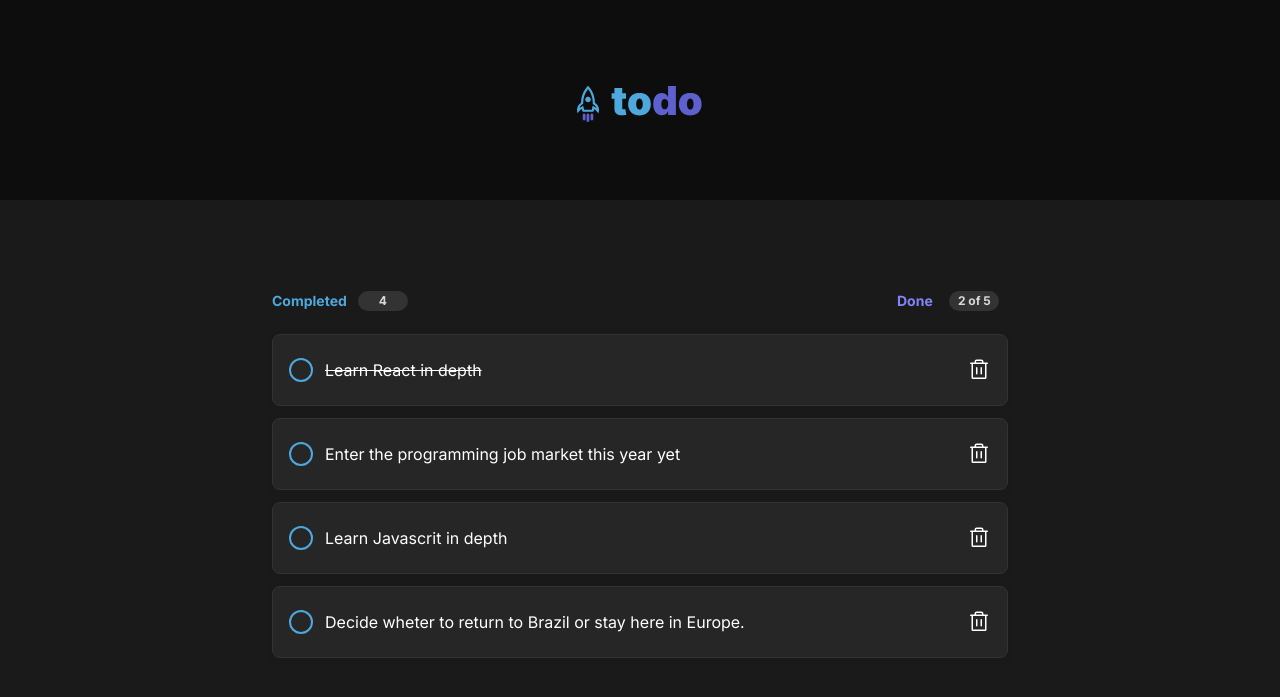
Repository: JoseGu1llardi/to-do-list-D01
Page: /
These files come from the project's save history. The page is drawn as it stood at one moment and after the next save; the edit follows.
The browser window is 1280 px wide. The pictures show the whole page.
The project was rebuilt for these pictures with package versions that can differ from the ones it lists, and the page was loaded fresh each time. Requests to the local data server were answered from the project's data file. Also part of the build but not shown: vite.config.ts.

Above is the page before, as saved 2023-03-13 22:03:29.

### index.html
<!DOCTYPE html>
<html lang="en">
  <head>
    <meta charset="UTF-8" />

    <link rel="preconnect" href="https://fonts.googleapis.com" />
    <link rel="preconnect" href="https://fonts.gstatic.com" crossorigin />

    <link
      href="https://fonts.googleapis.com/css2?family=Inter:wght@400;700&display=swap"
      rel="stylesheet"
    />

    <link rel="icon" type="image/svg+xml" href="/vite.svg" />
    <meta name="viewport" content="width=device-width, initial-scale=1.0" />
    <title>Vite + React + TS</title>
  </head>
  <body>
    <div id="root"></div>
    <script type="module" src="/src/main.tsx"></script>
  </body>
</html>

### src/App.tsx
import { TaskProvider } from './contexts/TaskContext';

import { Header } from "./components/Header";
import { Input } from "./components/Input";
import { Button } from "./components/Button";
import { TasksList } from "./components/TasksList";

import styles from './App.module.css';
import "./global.css";

function App() {
  return (
    <TaskProvider>
      <Header />

      <form className={styles.newTaskContainer}>
        <Input />
        <Button />
      </form>

      <div className={styles.tasksContainer}>
        <TasksList />
      </div>
    </TaskProvider>
  )
}

export default App

### src/contexts/TaskContext.tsx
import { useState, useEffect, createContext, ReactNode } from 'react';

import api from '../services/api';

export interface TaskType {
    id: number;
    content: string;
    status: boolean;
}

interface TaskProviderProps {
    children: ReactNode;
}

interface TaskConstextData {
    tasks: TaskType[];
}

export const TaskContext = createContext({} as TaskConstextData);

export function TaskProvider({ children }: TaskProviderProps) {
    const [tasks, setTasks] = useState<TaskType[]>([]);

    useEffect(() => {
        api.get("/tasks")
            .then(({ data }) => setTasks(data))
    }, [tasks]);

    return (
        <TaskContext.Provider value={{ tasks }}>
            {children}
        </TaskContext.Provider>
    )
}

### src/components/Header/index.tsx
import Logo from '../../assets/Logo (1).svg'

import styles from './styles.module.css';

export function Header() {
    return (
        <header className={styles.container}>
            <img src={Logo} />
        </header>
    )
}

### src/components/Input/index.tsx
import { InputHTMLAttributes } from 'react';

import styles from './styles.module.css';

interface InputProps extends InputHTMLAttributes<HTMLInputElement> {

}

export function Input() {
    return (
        <input
            type="text"
            className={styles.input}
            placeholder='Type a task'
        />
    )
}

### src/components/Button/index.tsx
import { PlusCircle } from '@phosphor-icons/react'

import styles from './styles.module.css';

export function Button() {
    return (
        <button className={styles.button}>
            <span>Create</span>
            <PlusCircle size={23} />
        </button>
    )
}

### src/components/TasksList/index.tsx
import { useContext } from 'react';

import { TaskContext } from '../../contexts/TaskContext';

import { Task } from '../Task';

import Clipboard from '../../assets/Clipboard.svg';

import styles from './styles.module.css';

export function TasksList() {
    const { tasks } = useContext(TaskContext);

    return (
        <>
            <section className={styles.info}>

                <div className={styles.created}>
                    <span>Completed</span>
                    <div className={styles.counterCreated}>
                        <p>{tasks.length}</p>
                    </div>
                </div>

                <div className={styles.done}>
                    <span>Done</span>
                    <div className={styles.doneCreated}>
                        <span>2 of 5</span>
                    </div>
                </div>

            </section>

            {
                tasks.length === 0 ? (
                    <section className={styles.tasks}>
                        <img src={Clipboard} alt="" />
                        <strong>You don't have tasks registered yet!</strong>
                        <span>Create tasks and organize your to-do list</span>
                    </section>
                ) : (
                    <section className={styles.list}>
                        {
                            tasks.map((task) => (
                                <Task
                                    key={task.id}
                                    content={task.content}
                                    status={task.status}
                                    id={task.id} />
                            ))
                        }
                    </section>
                )
            }
        </>
    )
}

### src/App.module.css
.tasksContainer {
  display: flex;
  flex-direction: column;
  align-items: flex-start;
  padding: 0px;
  gap: 24px;

  position: absolute;
  width: 736px;
  height: 287px;
  left: calc(50% - 736px / 2);
  top: 291px;
}

### src/global.css
:root {
  // Base
  --gray-100: #f2f2f2;
  --gray-200: #d9d9d9;
  --gray-300: #808080;
  --gray-400: #333333;
  --gray-500: #262626;
  --gray-600: #1a1a1a;
  --gray-700: #0d0d0d;

  --danger: #e25858;

  // Product
  --purple: #8284fa;
  --dark-purple: #5e60ce;
  --blue: #4ea8de;
  --dark-blue: #1e6f9f;
}

* {
  margin: 0;
  padding: 0;
  box-sizing: border-box;
}

body {
  color: #fff;
  background: var(--gray-600);

  width: 100%;
  height: 100%;
  max-height: 1024px;
  position: relative;
}

body,
input,
textarea,
button {
  font-family: "Inter", sans-serif;
  font-weight: 400;
  font-size: 1rem;
}

### src/services/api.ts
import axios from 'axios';

const api = axios.create({
    baseURL: "http://localhost:3000"
});

export default api;

### src/components/Header/styles.module.css
.container {
  position: absolute;
  height: 12.5rem;
  max-width: 100%;
  left: 0;
  right: 0;
  top: 0;

  display: flex;
  align-items: center;
  justify-content: center;

  background: var(--gray-700);
}

.container img {
  position: absolute;
  width: 7.875rem;
  height: 3rem;
}

### src/components/Input/styles.module.css
.input {
  box-sizing: border-box;

  display: flex;
  flex-direction: row;
  align-items: center;
  padding: 16px;
  gap: 8px;

  width: 638px;
  height: 54px;

  background: var(--gray-500);
  color: #fff;

  border: 1px solid var(--gray-700);
  border-radius: 8px;

  flex: none;
  order: 0;
  flex-grow: 1;
}

.input:focus {
  outline: transparent;
  box-shadow: 0 0 0 2px var(--dark-purple);
}

.input::placeholder {
  color: var(--gray-300);
}

### src/components/Button/styles.module.css
.button {
  width: 90px;
  height: 52px;

  display: flex;
  flex-direction: row;
  align-items: center;
  justify-content: center;
  gap: 16px;

  border: 0;
  border-radius: 8px;

  background: var(--dark-blue);
  color: white;

  cursor: pointer;

  transition: filter 0.2s;
}

.button span {
  width: 34px;
  height: 20px;

  font-weight: 700;
  font-size: 14px;
  line-height: 140%;

  color: var(--gray-100);

  flex: none;
  order: 0;
  flex-grow: 0;
}

.button img {
  width: 16px;
  height: 16px;

  flex: none;
  order: 1;
  flex-grow: 0;
}

.button:hover {
  background: var(--blue);
  filter: brightness(0.8);
}

### src/components/Task/index.tsx
import { useState, useContext } from 'react';

import api from '../../services/api';

import { TaskContext } from '../../contexts/TaskContext';

import { Trash } from '@phosphor-icons/react'

import styles from './styles.module.css';

interface TasksProps {
    id: number;
    content: string;
    status: boolean;
}[]

export function Task({ content, status, id }: TasksProps) {
    const [isChecked, setIsChecked] = useState(status);

    async function changeTaskStatus() {
        const response = await api.patch(`/tasks/${id}`, {
            status: !isChecked
        });

        setIsChecked(response.data.status);
    }

    return (
        <section className={styles.task}>
            <div>
                <input
                    id='checked'
                    type="checkbox"
                    onClick={changeTaskStatus}
                />
                <span
                    className={isChecked ? styles.isChecked : ''}
                >
                    {content}
                </span>
            </div>
            <Trash size={20} />
        </section>
    )
}

### src/components/TasksList/styles.module.css
.info {
  display: flex;
  flex-direction: row;
  justify-content: space-between;
  align-items: flex-end;
  padding: 0px;

  width: 736px;
  height: 19px;

  flex: none;
  order: 0;
  align-self: stretch;
  flex-grow: 0;
}

.created {
  display: flex;
  flex-direction: row;
  align-items: center;
  padding: 0px;
  gap: 8px;

  width: 139px;
  height: 19px;

  order: 0;
  flex-grow: 0;
}

.created span {
  font-family: "Inter";
  font-style: normal;
  font-weight: 700;
  font-size: 14px;
  line-height: 17px;

  color: var(--blue);

  flex: none;
  order: 0;
  flex-grow: 0;
}

.counterCreated {
  display: flex;
  flex-direction: row;
  justify-content: center;
  align-items: center;
  padding: 2px 8px;
  gap: 10px;
  margin: 0 auto;

  width: 50px;
  height: 20px;

  background: #333333;
  border-radius: 999px;

  order: 1;
  flex-grow: 0;
}

.counterCreated p {
  display: flex;
  flex-direction: row;
  font-style: normal;
  font-weight: 700;
  font-size: 12px;
  line-height: 15px;

  color: var(--gray-200);
}

.done {
  display: flex;
  box-sizing: border-box;
  flex-direction: row;
  align-items: center;
  padding: 0px;
  gap: 8px;

  width: 111px;
  height: 19px;

  order: 1;
  flex-grow: 0;
}

.done span {
  font-family: "Inter";
  font-style: normal;
  font-weight: 700;
  font-size: 14px;
  line-height: 17px;

  color: #8284fa;

  flex: none;
  order: 0;
  flex-grow: 0;
}

.doneCreated {
  display: flex;
  flex-direction: row;
  justify-content: center;
  box-sizing: border-box;
  align-items: center;
  padding: 2px 8px;
  gap: 10px;
  margin: 0 auto;

  width: 50px;
  height: 20px;

  background: #333333;
  border-radius: 999px;

  order: 1;
  flex-grow: 0;
}

.doneCreated span {
  display: flex;
  flex-direction: row;
  font-style: normal;
  font-weight: 700;
  font-size: 12px;
  line-height: 15px;

  color: var(--gray-200);
}

.tasks {
  box-sizing: border-box;

  display: flex;
  flex-direction: column;
  justify-content: center;
  align-items: center;
  padding: 64px 24px;
  gap: 16px;

  width: 736px;
  height: 244px;

  border-top: 1px solid #333333;
  border-radius: 8px;

  flex: none;
  order: 1;
  align-self: stretch;
  flex-grow: 0;
}

.tasks img {
  width: 56px;
  height: 56px;

  flex: none;
  order: 0;
  flex-grow: 0;
}

.tasks strong {
  display: block;
  font-style: normal;
  font-weight: 700;
  font-size: 16px;

  text-align: center;

  color: var(--gray-300);

  flex: none;
  align-self: stretch;
  flex-grow: 0;
}

.tasks span {
  font-style: normal;
  font-weight: 300;
  font-size: 16px;

  color: var(--gray-300);
}

.list {
  display: flex;
  flex-direction: column;
  align-items: flex-start;
  padding: 0px;
  gap: 12px;

  width: 736px;
  height: 382px;

  /* Inside auto layout */

  flex: none;
  order: 1;
  flex-grow: 0;
}

### src/components/Task/styles.module.css
.task {
  box-sizing: border-box;

  display: flex;
  flex-direction: row;
  align-items: center;
  flex-direction: row;
  justify-content: space-between;
  padding: 16px;
  gap: 12px;

  width: 736px;
  height: 72px;

  /* Gray 500 */

  background: #262626;
  /* Gray 400 */

  border: 1px solid #333333;
  box-shadow: 0px 2px 8px rgba(0, 0, 0, 0.06);
  border-radius: 8px;

  flex: none;
  order: 0;
  align-self: stretch;
  flex-grow: 0;
}

.task div {
  display: flex;
  flex-direction: row;
  align-items: center;
  flex-direction: row;
  gap: 12px;
}

.isChecked {
  text-decoration: line-through;
}

.task input[type="checkbox"] {
  -webkit-appearance: none;
  -moz-appearance: none;

  width: 24px;
  height: 24px;

  border: 2px solid var(--blue);
  border-radius: 50%;
  outline: none;

  background-color: transparent;
  background-position: center;
  background-repeat: no-repeat;

  cursor: pointer;

  flex: none;
  order: 0;
  flex-grow: 0;
}

.task input[type="checkbox"]:checked {
  width: 24px;
  height: 24px;

  transition-duration: all 1s ease;

  border: none;
  background-image: url("./../../assets/Layer 1.svg");
}

.task svg {
  display: flex;
  float: right;
  width: 24px;
  height: 24px;

  border-radius: 4px;

  flex: none;
  order: 2;
  flex-grow: 0;
}

.task svg:hover {
  background: #333333;
  border-radius: 4px;

  color: var(--danger);

  flex: none;
  order: 1;
  flex-grow: 0;

  cursor: pointer;
}

### src/db.json
{
  "tasks": [
    {
      "id": 1,
      "content": "Learn React in depth",
      "status": true
    },
    {
      "id": 2,
      "content": "Enter the programming job market this year yet",
      "status": false
    },
    {
      "id": 3,
      "content": "Learn Javascrit in depth",
      "status": false
    },
    {
      "id": 4,
      "content": "Decide wheter to return to Brazil or stay here in Europe.",
      "status": false
    }
  ]
}

### src/components/NewTaskForm/index.tsx
import { Button } from "../Button";
import { Input } from "../Input";

import styles from './styles.module.css';

export function NewTaskForm() {
    return (
        <form className={styles.newTaskContainer}>
            <Input />
            <Button />
        </form>
    )
}

### src/components/NewTaskForm/styles.module.css
.newTaskContainer {
  display: flex;
  flex-direction: row;
  align-items: center;
  padding: 0px;
  gap: 8px;

  position: absolute;
  width: 46rem;
  height: 3.375rem;
  left: calc(50% - 736px / 2);
  top: 10.8125rem;
}

Loaded but not shown: src/main.tsx (common file)

After the next save:
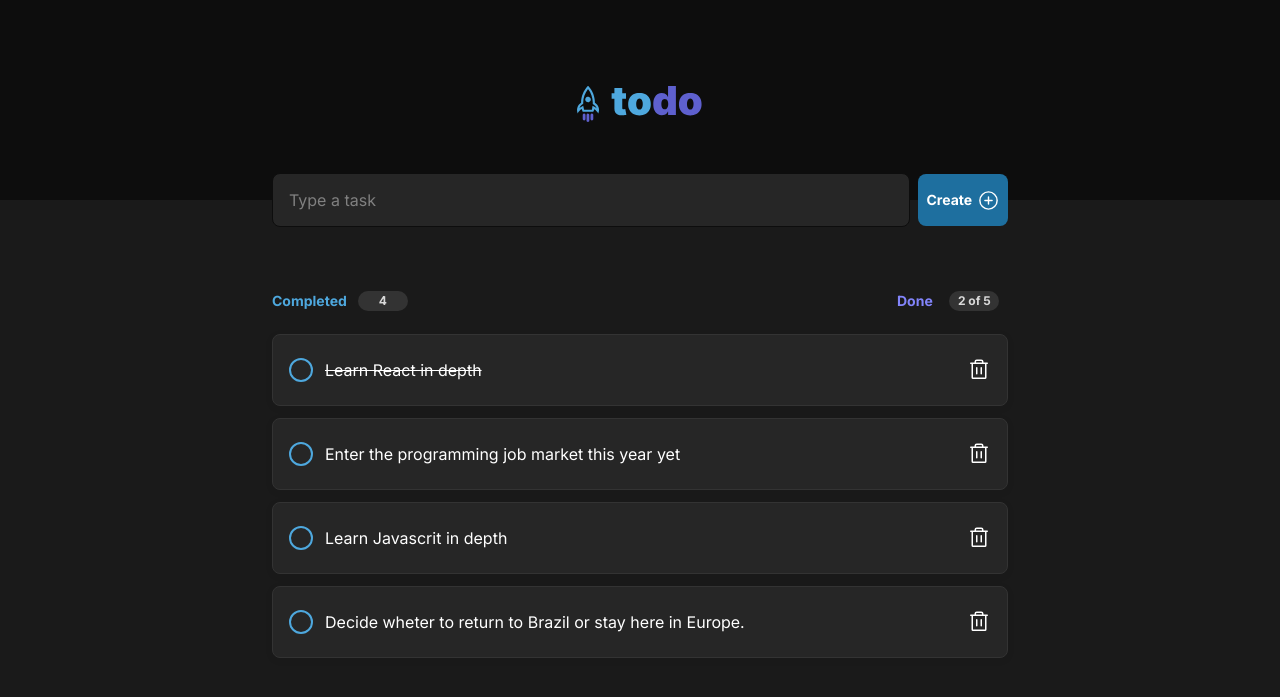
Saved 41 s later.
--- a/src/App.tsx
+++ b/src/App.tsx
@@ -1,8 +1,7 @@
 import { TaskProvider } from './contexts/TaskContext';
 
 import { Header } from "./components/Header";
-import { Input } from "./components/Input";
-import { Button } from "./components/Button";
+import { NewTaskForm } from './components/NewTaskForm';
 import { TasksList } from "./components/TasksList";
 
 import styles from './App.module.css';
@@ -13,10 +12,7 @@ function App() {
     <TaskProvider>
       <Header />
 
-      <form className={styles.newTaskContainer}>
-        <Input />
-        <Button />
-      </form>
+      <NewTaskForm />
 
       <div className={styles.tasksContainer}>
         <TasksList />
